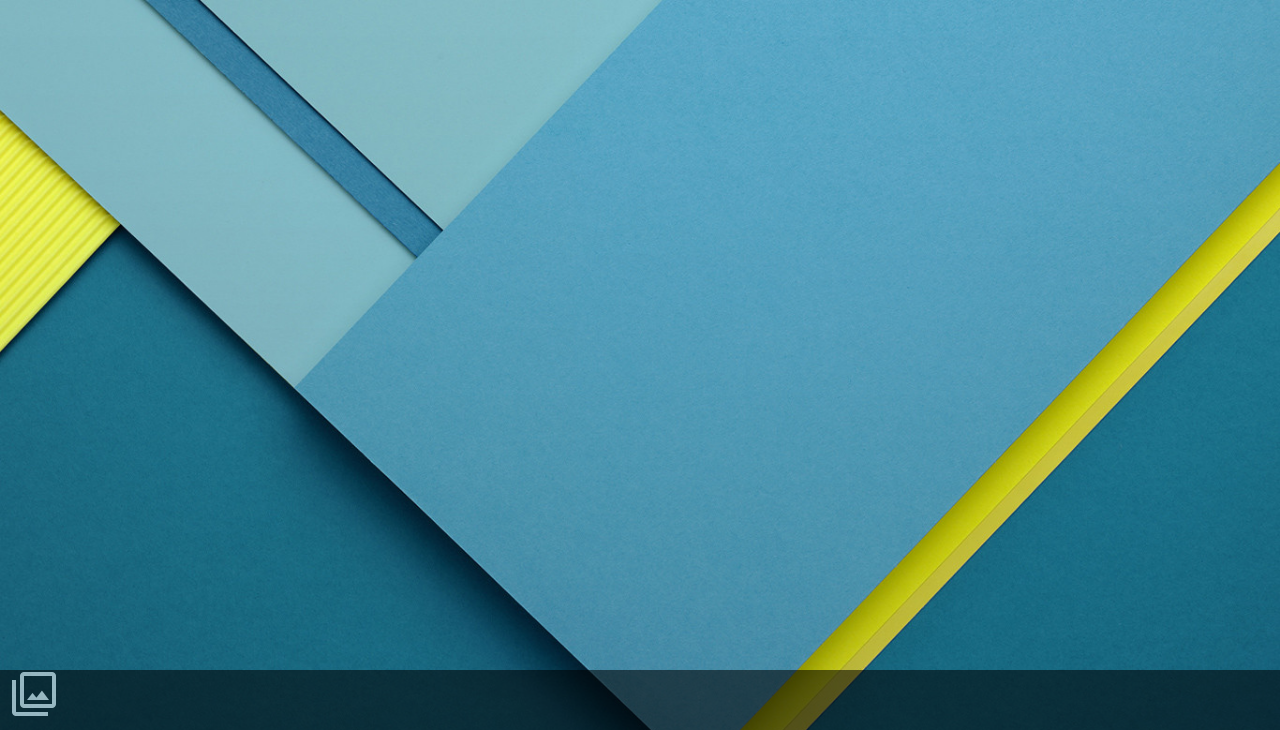
Repository: sk222sw/1dv403-laborationer
Page: 5-pwd/index.html
The author's editor kept a record of every edit. The page is drawn from the files as they stood at one moment, then again after the next edit.
The browser window is 1280 px wide. The pictures show the whole page.

Above is the page before.

After the next edit:
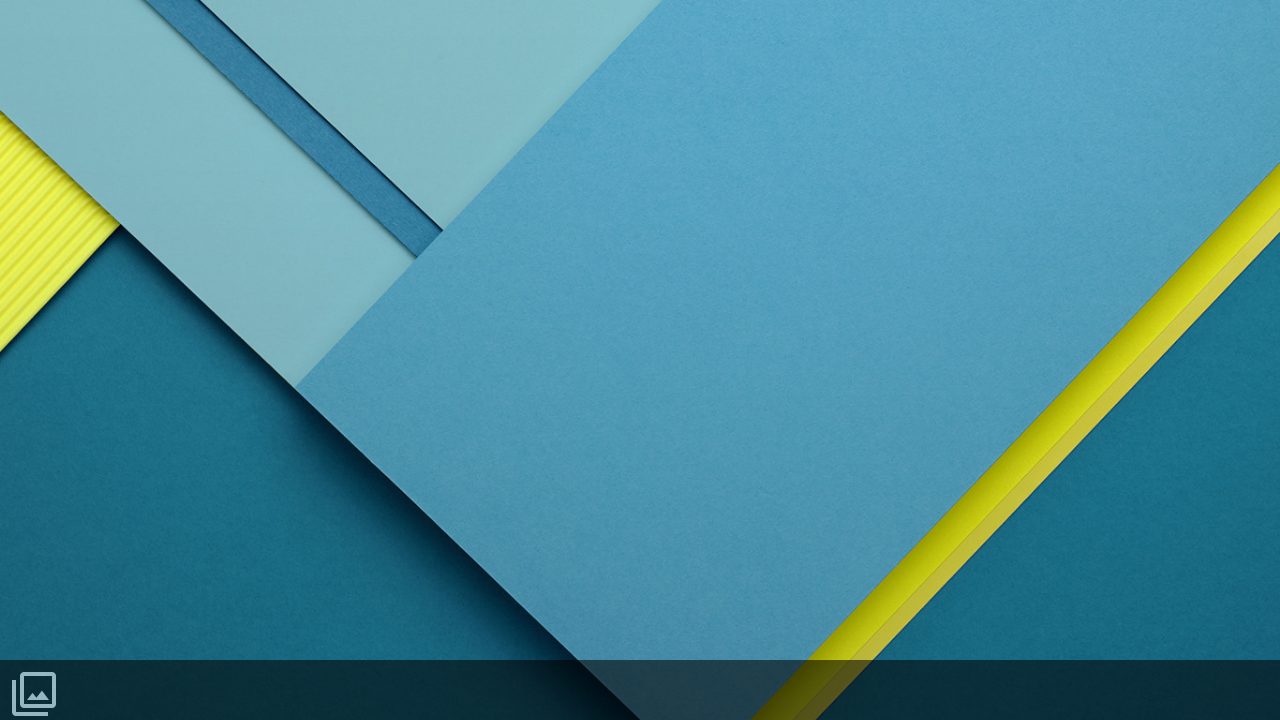
The edit:
--- a/5-pwd/style/style.css
+++ b/5-pwd/style/style.css
@@ -36,6 +36,9 @@
 }
 
 footer {
+  position: fixed;
+  bottom: 0;
+  width: 100%;
   clear: both;
   /*background-color: rgba(0, 0, 0, 0.55);*/
   background-color: black;
